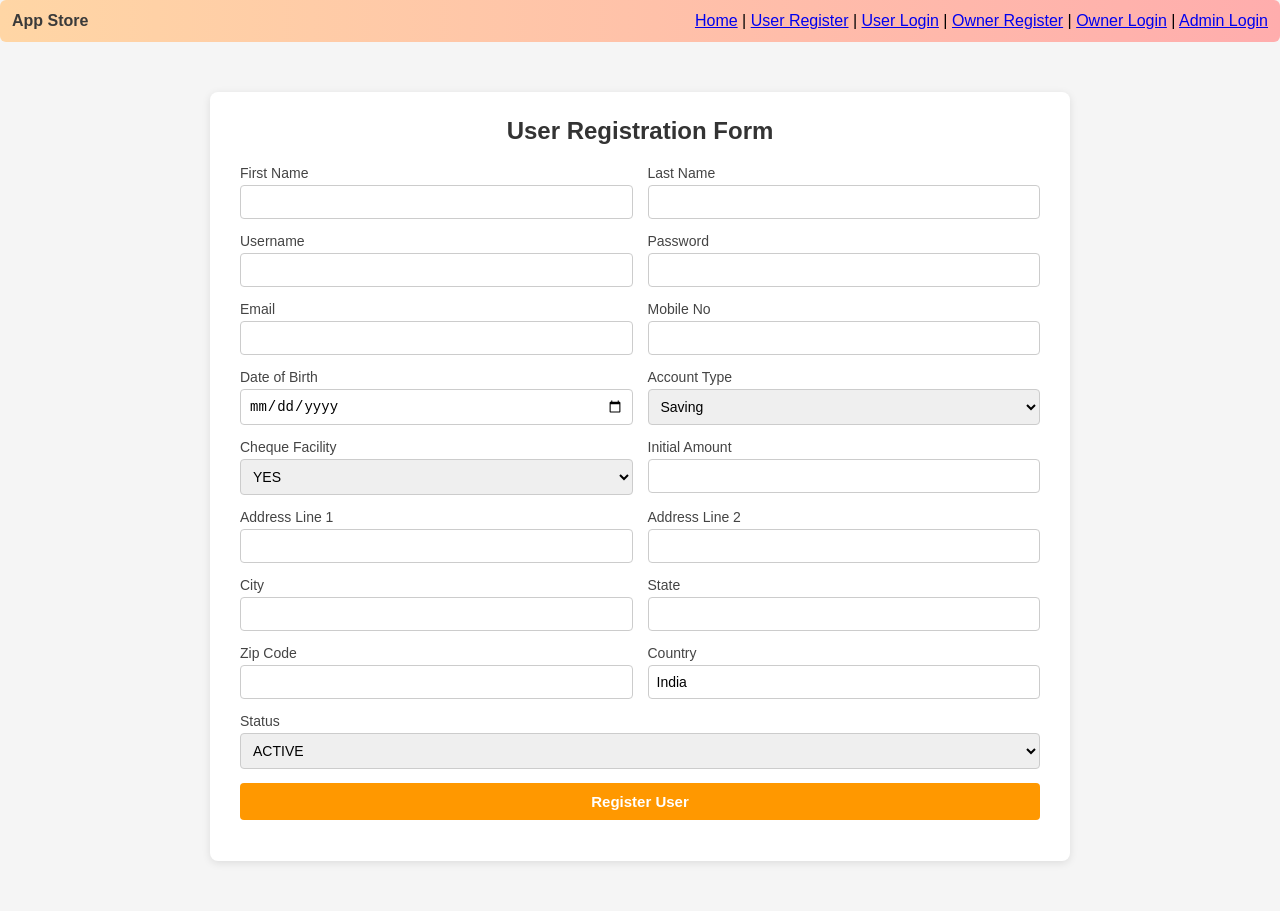
Repository: Harsh91400/Capstone_Project
Page: http://localhost/frontend-service/WEB-INF/views/user-register.jsp
These files come from the project's save history. The page is drawn as it stood at one moment and after the next save; the edit follows.
The browser window is 1280 px wide. The pictures show the whole page.
The page is served by Tomcat 9. Nobody is signed in. The template is opened directly, without the code that normally fills it, so the values that code supplies are empty.

Above is the page before, as saved 2025-12-05 04:36:49.

After the next save:
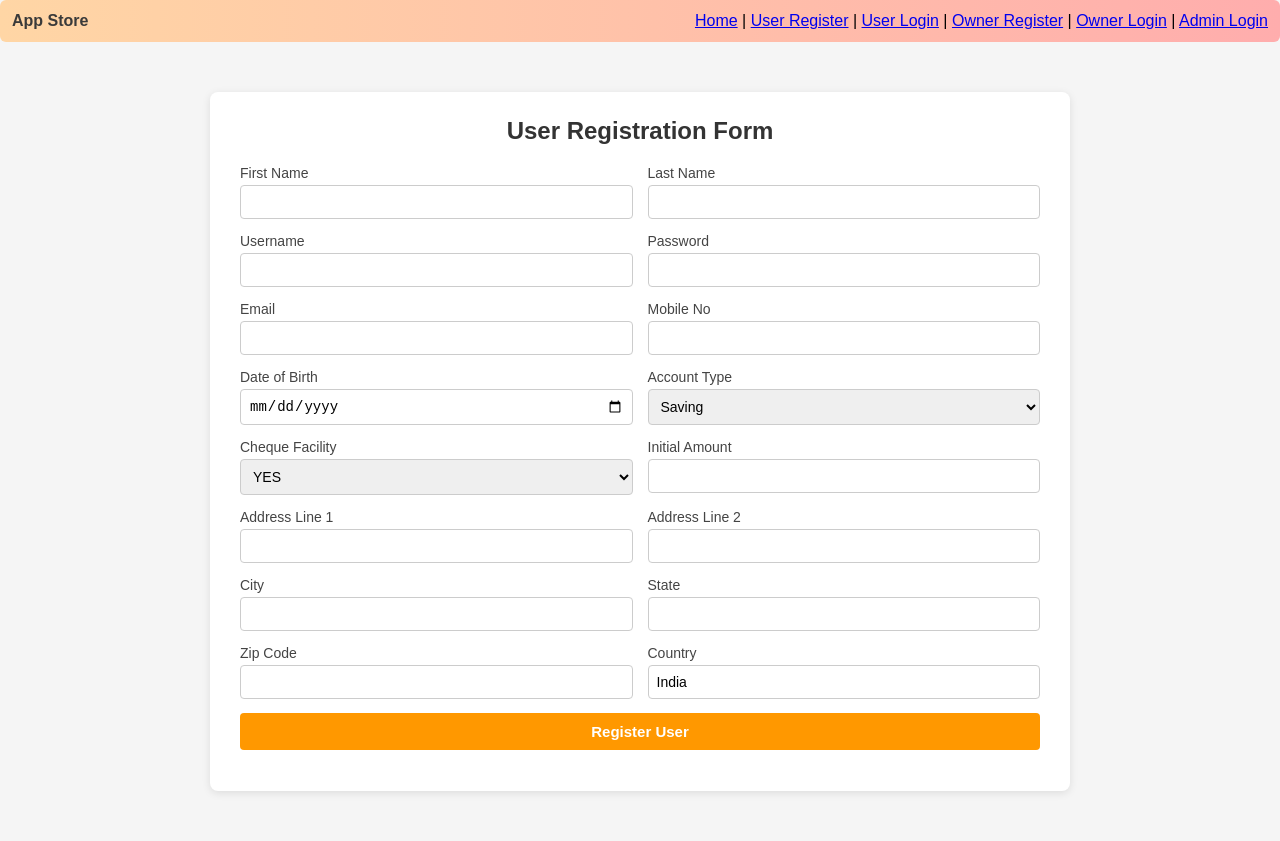
Saved 48 s later.
--- a/spring-eureka-project/frontend-service/src/main/webapp/WEB-INF/views/user-register.jsp
+++ b/spring-eureka-project/frontend-service/src/main/webapp/WEB-INF/views/user-register.jsp
@@ -136,13 +136,8 @@
             </div>
         </div>
 
-        <div class="field">
-            <label>Status</label>
-            <select name="status">
-                <option>ACTIVE</option>
-                <option>INACTIVE</option>
-            </select>
-        </div>
+        <input type="hidden" name="status" value="INACTIVE"/>
+
 
         <button type="submit" class="btn">Register User</button>
     </form>
